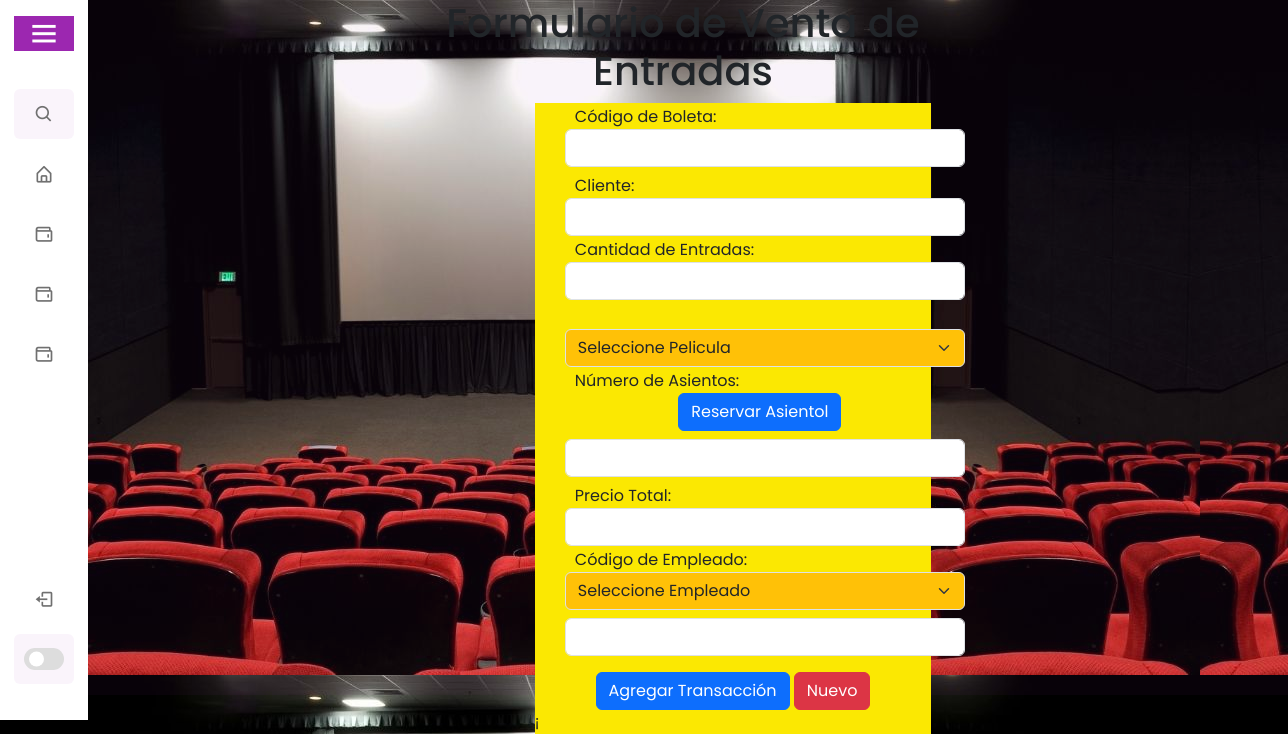
Repository: JersonRLP/ProyectoWebJSP
Page: http://localhost/CineHome/FrmRegistrarBoleta.jsp
The author's editor kept a copy of each file at every save. The page is drawn from the files as they stood at one save, then again after the next save.
The browser window is 1280 px wide. The page is 1288 px wide, so the pictures cover 1288 px, including what lies to the right of the window. The pictures show the whole page.
The page is served by Tomcat 9. Other server files are loaded and not shown. The template is opened directly, without the code that normally fills it, so the values that code supplies are empty.

Above is the page before, as saved 2024-10-31 16:25:37.

### CineHome/WebContent/FrmRegistrarBoleta.jsp
<%@ include file="MenuPrincipal.jsp" %>
<%@ page language="java" contentType="text/html; charset=UTF-8"
    pageEncoding="UTF-8"%>
<%@taglib uri="http://java.sun.com/jsp/jstl/core"  prefix="c"%>
<!DOCTYPE html PUBLIC "-//W3C//DTD HTML 4.01 Transitional//EN" "http://www.w3.org/TR/html4/loose.dtd">
<html>
<head>
<meta http-equiv="Content-Type" content="text/html; charset=UTF-8">
<title>Insert title here</title>
<!-- para bootstrap 5 -->
	<link href="https://cdn.jsdelivr.net/npm/bootstrap@5.3.2/dist/css/bootstrap.min.css" rel="stylesheet">
    <script src="https://cdn.jsdelivr.net/npm/bootstrap@5.3.2/dist/js/bootstrap.bundle.min.js"></script>
    <script src="https://cdn.jsdelivr.net/npm/@popperjs/core@2.11.8/dist/umd/popper.min.js"></script>
    <script src="https://cdn.jsdelivr.net/npm/bootstrap@5.3.2/dist/js/bootstrap.min.js"></script>

    <script src="https://code.jquery.com/jquery-3.7.1.min.js"></script>
<style>
form {
  background-color: #FBE802;
}
body {
  background-color: #F3F3F1;
}
label {
margin-left: 40px;
width:200px;
margin-top :2px;
}

</style>


</head>

<body >
<section class="home" id="content">
  <div class="container" style ="width:43%; ">
    <h1 class="text-center mt-4">Formulario de Venta de Entradas</h1>
    <form action="ControladorBoleta" method="post" style="margin-left:100px;">
      <div class="row">
        <div class="form-group col-md-6" >
         <label for="codboleta">Código de Boleta:</label>
			<input type="text" class="form-control" id="codboleta" name="codboleta" value="${nuevoCodigoBoleta}" readonly required style="width:400px; margin-left:30px;">

        </div>

        <div class="form-group col-md-6">
          <label for="cliente">Cliente:</label>
          <input type="text" class="form-control" id="cliente" name="cliente" required	style="width:400px; margin-left:30px;">
        </div>
      </div>

      <div class="row">
        <div class="form-group col-md-6">
          <label for="cantentra">Cantidad de Entradas:</label>
          <input type="number" class="form-control" id="cantentra" name="cantentra" readonly required style="width:400px; margin-left:30px;">
        </div>

        <div class="form-group col-md-6 mt-4">

          <select name="idpelicula" class="form-select bg-warning" style="width:400px; margin-left:30px;">
			<option value="zz">Seleccione Pelicula</option>
			<c:forEach var="peli" items="${ListadoPeliculas}">
			<option value='<c:out value="${peli.idpelicula}"></c:out>'>
			<c:out value="${peli.nompelicula}"></c:out></option>
			</c:forEach>

			</select>
			<input type="hidden" name="nombrePelicula" value="">

        </div>
      </div>

      <div class="row">
        <div class="form-group col-md-6">
          <label for="nroasientos">Número de Asientos:</label>
          <div class="text-center" style="width: 450px;"><button type="button" class="btn btn-primary btnModal mb-2"   >Reservar Asientol</button></div>
          <input type="text" class="form-control" id="nroasientos" name="nroasientos" readonly required style="width:400px; margin-left:30px;">
        </div>

        <div class="form-group col-md-6">
          <label for="preciotot">Precio Total:</label>
          <input type="number" class="form-control" id="preciotot" name="preciotot" required style="width:400px; margin-left:30px;">
        </div>
      </div>

      <div class="form-group col-md-6">
        <label for="codigoemp">Código de Empleado:</label>

         <select name="codigoemp" class="form-select bg-warning" id="codigoemp" required style="width:400px; margin-left:30px;">
			<option value="zz">Seleccione Empleado</option>
			<c:forEach var="emp" items="${ListadoEmpleados}">
			<option value='<c:out value="${emp.codigoemp}"></c:out>'>
			<c:out value="${emp.nomemp}"></c:out></option>
			</c:forEach>

			</select>
      </div>
      <div class= "mt-2" style="width :200px;">
      <input type="text" class="form-control" name ="idemp" readonly style="width:400px; margin-left:30px;">
      </div>
	<div class="text-center	">

      <button type="submit" class="btn btn-primary mt-3">Agregar Transacción</button>
      <a href="ControladorPelicula?action=ListadoPelicula" class="btn btn-danger mt-3">Nuevo</a>


    </div>

<div class="modal fade" id="eliminarModal" tabindex="-1" aria-labelledby="eliminarModalLabel" aria-hidden="true">
    <div class="modal-dialog modal-lg">
        <div class="modal-content custom-modal" >
            <div class="modal-header" >
                <link rel="stylesheet" href="Estilos/cine.css">
                <script src="js/cine.js"></script>
                <button type="button" class="btn-close" data-bs-dismiss="modal" aria-label="Close"></button>
            </div>
            <div class="cinema-container" id="cinema-container" >
                <!-- Filas y asientos se generarán dinámicamente aquí -->
            </div>

            <div id="selected-seat-info" class="custom-seat-info"></div>

            <div>
                <button id="reserve-button" onclick="showReservedSeats()" class="custom-reserve-button">Mostrar Asientos Reservados</button>
            </div>
        </div>
    </div>
</div>
<style>
.custom-modal {
    background-image: url('imagenes/fondocine.jpg');
    display: flex;
    align-items: center;
    justify-content: center;
    flex-direction: column;
    height: 100vh;
}

.custom-seat-info {
    margin-top: 20px;
    color: white;
}

.custom-reserve-button {
    margin-top: 20px;
    padding: 10px;
    font-size: 16px;
    cursor: pointer;
}
.seat {
    width: 40px; /* Ajusta el ancho según sea necesario */
    height: 40px; /* Ajusta la altura según sea necesario */
    background-color: #bdc3c7;
    cursor: pointer;
    border-radius: 5px;
    margin: 5px; /* Agregamos un pequeño margen entre los asientos para mejorar la apariencia */
    display: flex;
    align-items: center;
    justify-content: center;
    font-size: 12px; /* Ajusta el tamaño de la letra según sea necesario */
    font-weight: bold;
    transition: background-color 0.3s ease;
}

.row {
    display: flex;
    gap: 5px; /* Reducimos el espacio entre los asientos para mejorar la apariencia */
}

</style>


    <script>
		$(document).ready(function(){
			$('.btnModal').on('click',function(){
				$('#eliminarModal').modal('show');

				//console.log(data);

			})
		});




	</script>


¡
<script>
  function ObtenerCodigoSelect() {
    var select = document.getElementsByName("codigoemp")[0];
    var hiddenInput = document.getElementsByName("idemp")[0];

    var selectedOption = select.options[select.selectedIndex];
    if (selectedOption.value !== "zz") {
      hiddenInput.value = selectedOption.value; // Cambiado a selectedOption.value
    } else {
      hiddenInput.value = "";
    }
  }

  // Asociar el evento "change" del select con la función de actualización
  document.getElementsByName("codigoemp")[0].addEventListener("change", ObtenerCodigoSelect);
</script>



    <script>

function actualizarNombrePelicula() {
  var select = document.getElementsByName("idpelicula")[0];
  var hiddenInput = document.getElementsByName("nombrePelicula")[0];

  var selectedOption = select.options[select.selectedIndex];
  if (selectedOption.value !== "zz") {
    hiddenInput.value = selectedOption.innerText;
  } else {
    hiddenInput.value = "";
  }
}

// Asociar el evento "change" del select con la función de actualización
document.getElementsByName("idpelicula")[0].addEventListener("change", actualizarNombrePelicula);
</script>

    </form>
  </div>
  </section>
</body>
</html>

### CineHome/WebContent/MenuPrincipal.jsp
<%@ page language="java" contentType="text/html; charset=UTF-8"
    pageEncoding="UTF-8"%>
<!DOCTYPE html>
<html>
<head>
<meta http-equiv="Content-Type" content="text/html; charset=ISO-8859-1">
<title>Cine Home</title>

<link rel="stylesheet" href="Estilos/EstilosMenu.css">
<link href='https://unpkg.com/boxicons@2.1.4/css/boxicons.min.css' rel='stylesheet'>

</head>

<body>

<nav class="sidebar close">

<header>

<div class="text logo">

<span class="name">MENU</span>


</div>
<i class="bx bx-menu toggle"></i>


</header>


<div class="menu-bar">

<div class="menu">

	<li class="search-box">
	<i class="bx bx-search icon"></i>
	<input type="text" placeholder="Buscar...">

	</li>

	<ul class="menu-links">
		<li class="nav">
		<a href="ControladorPelicula?action=ListadoPelicula">
			<i class="bx bx-home-alt icon"></i>
			<span class="text nav-text">Venta de Entrada</span>
		</a>
		</li>
		<li >
		<a href="ControladorPelicula?action=Listar" class="nav">
			<i class="bx bx-wallet icon"></i>
			<span class="text nav-text">Peliculas</span>
		</a>
		</li>
		<li>
		<a href="ControladorDetalleBoleta?accion=Listado">
			<i class="bx bx-wallet icon"></i>
			<span class="text nav-text">Reportes</span>
		</a>
		</li>
		<li class="nav">

		<a href="#" id="mantenimiento-link" onclick="toggleSubMenu()">
			<i class="bx bx-wallet icon"></i>
			<span class="text nav-text">Mantenimiento</span>
			<i class='bx bx-chevron-down arrow'></i>
		</a>


		<ul class="sub-menu" id="sub-menu">
		<li class="nav"><a href="ControladorEmpleado?accion=NuevoEmp" class="menu-link">
			<span class="text nav-text">Empleados</span>
		</a>
		</li>
		<li class="nav"><a href="ControladorUsuario?accion=Listado" class="menu-link">
		<span class="text nav-text">Login</span>
		</a>
		</li>
		<li class="nav"><a href="FrmRegistrarPelicula.jsp"  class="menu-link">
		<span class="text nav-text">Peliculas</span>
		</a>
		</li>
		</ul >

		</li>
	</ul>

</div>

<div class="botton-content">
<li class="">
<a href="#">
	<i class="bx bx-log-out icon"></i>
	<span class="text nav-text">Salir</span>
</a>
</li>

<li class="mode">
	<div class="sun-moon">
	<i class="bx bx-moon icon"></i>
	<i class="bx bx-sun icon"></i>
	</div>
	<span class="mode-text text">Modo Oscuro</span>
	<div class="toggle-switch">
	<span class="switch"></span>
	</div>
</li>

</div>


</div>



</nav>

<script src="js/codigo.js"></script>


</body>

</html>

### CineHome/WebContent/Estilos/EstilosMenu.css
@import url('https://fonts.googleapis.com/css2?family=Poppins:wght@300;400;500;600;700&display=swap');
*{
	margin:0;
	padding:0;
	box-sizing: border-box;

	font-family: 'Poppins', sans-serif;

}

:root{
	--body-color:#9B27B00D;
	--sidebar-color:#FFFFFF;
	--primary-color:#9C27B0;
	--primary-color-light:#9B27B00D;
	--toggle-color:#DDDDDD;
	--text-color:#707070;

	--tran-03:all 0.2s ease;
	--tran-04:all 0.3s ease;
	--tran-05:all 0.4s ease;
}

body{
	min-height:100vh;
	background-color:var(--body-color);
	transition:var(--tran-05);

}

::selection{
	background-color:var(--primary-color);
	color: #FFFFFF;
}
body.dark{
	--body-color:#18191A;
	--sidebar-color:#242526;
	--primary-color-light:#3A3B3C;
	--toggle-color:#FFFFFF;
	--text-color:#CCCCCC;

}

.sidebar {
	position: fixed;
	top:0;
	left:0;
	height:100%;
	width: 250px;
	padding: 10px 14px;
	background:var(--sidebar-color);
	transition:var(--tran-05);
	z-index:100;
}

.sidebar.close{
	width:88px;
}

.sidebar li{
	height:50px;
	list-style: none;
	display: flex;
	align-items:center;
	margin-top:10px;

}


.sidebar header .image,
.sidebar .icon{
	min-width:60px;
	border-radius:6px;

}

.sidebar .icon{
	min-width:60px;
	border-radius:6px;
	height:100%;
	display:flex;
	align-items:center;
	justify-content:center;
	font-size:20px;
}

.sidebar .text,
.sidebar .icon {
	color: var(--text-color);
	transition:var(--tran-03);
}

.sidebar .text{
	font-size:17px;
	font-weight: 500;
	white-space:nowrap;
	opacity: 1;

}

.sidebar.close .text{
	opacity:0;
}

.sidebar header{
	position: relative;
}

.sidebar header .logo{
	display:flex;
	flex-direction:column;


}
.name{
	margin-top: 2px;
	font-size: 18px;
	font-weight:600;

}
.sidebar header .image {
	display:flex;
	align-items:center;
	justify-content: center;
}
.sidebar header .image img{
	width:40px;
	border-radius:6px;
}

.sidebar header .toggle{
	position : absolute;
	top: 20%;
	right: 0px;
	height: 35px;
	width :35px;
	background-color: var(--primary-color);
	color : var(--sidebar-color);
	display:flex;
	align-items:center;
	justify-content:center;
	font-size:35px;
	cursor:pointer;
	transition: var(--tran-05);

}

body.dark .sidebar header .toggle{
	color: var(--text-color);

}

.sidebar.close .toggle{
	width:100%;
	top:20%;

}

.sidebar .menu{
	margin-top:40px;
}

.sidebar li.search-box{
	border-radius:6px;
	background-color:var(--primary-color-light);
	cursor:pointer;
	transition:var(--tran-05);
}

sidebar li.search-box input{
	height:100%;
	width:100%;
	outline:none;
	border:none;
	background-color:var(--primary-color-light);
	color:var(--text-color);
	border-radius:6px;
	font-size:17px;
	font-weight:500;
	transition:var(--tran-05);
}

.sidebar li a{
	list-style:none;
	height:100%;
	background-color:transparent;
	display:flex;
	align-items: center;
	height:100%;
	width: 100%;
	border-radius:6px;
	text-decoration:none;
	transition:  var(--tran-03);
}

.sidebar li a:hover{
	background-color:var(--primary-color);
}

.sidebar li a:hover .icon,
.sidebar li a:hover .text{
	color: var(--sidebar-color);
}

body.dark .sidebar li a:hover .icon,
body.dark .sidebar li a:hover .text{
	color: var(--text-color);
}


.sidebar .menu-bar{
	height:calc(100% - 55px);
	display:flex;
	flex-direction: column;
	justify-content:space-between;
	overflow-y:scroll;

}

.menu-bar::-webkit-scrollbar{
	display:none;
}

.sidebar .menu-bar .mode{
	border-radius:6px;
	background-color:var(--primary-color-light);
	position:relative;
	transition:var(--tran-05);

}

.menu-bar .mode .sun-moon{
	height:50px;
	width:60px;

}


.mode .sun-moon i {
	position:absolite;
}
.mode .sun-moon i.sun{
	opacity:0;

}

body.dark .mode .sun-moon i.sun{
	opacity:1;
}

body.dark .mode .sun-moon i.moon{
	opacity:0;
}

.menu-bar .botton-content .toggle-switch{
	position:absolute;
	right:0;
	height: 100%;
	min-width:60px;
	display:flex;
	align-items:center;
	justify-content:center;
	border-radius:6px;
	cursor:pointer;
}

.toggle-switch .switch{
	position: relative;
	height:22px;
	width:40px;
	border-radius:25px;
	background-color:var(--toggle-color);
	transition:var(--tran-05);

}

.switch::before{
	content:'';
	position:absolute;
	height:15px;
	width:15px;
	border-radius: 50%;
	top:50%;
	left:5px;
	transform: translateY(-50%);
	background-color:var(--sidebar-color);
	transition:var(--tran-04);
}

body.dark .switch::before{
	left:20px;

}

.home{
	position: absolute;
	margin-bottom: 50px;
	left: 250px;
	height: 100vh;
	width: calc(100% - 250px);
	background-color: var(--body-color);
	transition:var(--tran-05);
}
.home .text{
	font-size: 30px;
	font-weight:500;
	color:var(--text-color);
	padding:12px 60px;
}

.sidebar.close ~.home{
	left:78px;
	height: 100vh;
	width: calc(100% - 70px);
}

body.dark .home .text{
	color:var(--text-color);
}




.menu-links {
  list-style: none;
  padding: 0;
  margin: 0;
}

.nav {
  position: relative;
}

.sub-menu {
  display: none;
  list-style: none;
  padding: 0;
  margin: 0;
  position: absolute;
  top: 100%;
  left: 0;
  padding: 10px;
  border-radius: 4px;
  box-shadow: 0 2px 5px rgba(0, 0, 0, 0.2);
  z-index: 1;
  opacity: 0;
  transition: opacity 0.3s ease, height 0.3s ease; /* Agregado */
  height: 0; /* Agregado */
  overflow: hidden; /* Agregado */
}

.sub-menu.show {
  display: block;
  opacity: 1;
  height: auto;


}

.sub-menu.show li{

	height:auto;
	width:200px;
	line-height: 40px;

}



.sub-menu li {
  position: relative;
  list-style: none;
  transition: all 0.4s ease;


}

.sub-menu a {
  display: block;
  padding: 5px 10px;
  text-decoration: none;

}

.nav:hover .sub-menu {
  display: block;
}

### CineHome/WebContent/js/codigo.js

const body = document.querySelector('body'),
	  sidebar = body.querySelector('nav'),
	  toggle= body.querySelector(".toggle"),
	  searchBtn = body.querySelector(".search-box"),
	  modeSwitch = body.querySelector(".toggle-switch"),
	  modeText = body.querySelector(".mode-text");

// para listar el sub-menu
const mantenimientoLink = document.getElementById('mantenimiento-link');
const subMenu = document.querySelector('.sub-menu');




function toggleSubMenu() {
	  var subMenu = document.getElementById("sub-menu");
	  subMenu.classList.toggle("show");
	}




toggle.addEventListener("click",() =>{
	sidebar.classList.toggle("close");
});


searchBtn.addEventListener("click", () => {
	sidebar.classList.remove("close");
});

modeSwitch.addEventListener("click", () => {
	body.classList.toggle("dark");
	if(body.classList.contains("dark")){
		modeText.innerText = "Light mode"
	}else{
		modeText.innerText="Dark mode"
	}
});

### CineHome/WebContent/Estilos/cine.css
   body {
            font-family: Arial, sans-serif;
             background-image: url('imagenes/fondocine.jpg');
            margin: 0;
            padding: 20px;
            display: flex;
            align-items: center;
            justify-content: center;
            flex-direction: column;
            height: 100vh;
        }

        .cinema-container {
            display: flex;
            flex-direction: column;
            gap: 20px;
            max-width: 600px;
        }

        .row {
            display: flex;
            gap: 10px;
        }

        .seat {
            width: 40px;
            height: 40px;
            background-color: #bdc3c7;
            cursor: pointer;
            border-radius: 5px;
            display: flex;
            align-items: center;
            justify-content: center;
            font-size: 14px;
            font-weight: bold;
            transition: background-color 0.3s ease;
        }

        .seat.selected {
            background-color: #3498db;
        }

        #selected-seat-info {
            margin-top: 20px;
        }

        #reserve-button {
            margin-top: 20px;
            padding: 10px;
            font-size: 16px;
            cursor: pointer;
        }

### CineHome/WebContent/js/cine.js
// Función para crear un asiento
function createSeat(row, seatNumber) {
    const seat = document.createElement("div");
    seat.classList.add("seat");
    seat.dataset.row = row;
    seat.dataset.seatNumber = seatNumber;

    const seatLetter = String.fromCharCode(65 + row); // Convertir el número de fila a letra (A, B, C, ...)
    seat.textContent = `${seatLetter}${seatNumber}`; // Sin espacio entre la letra y el número

    seat.addEventListener("click", () => toggleSeat(seat));

    return seat;
}

// Función para inicializar el cine
function initializeCinema() {
    const rows = 6; // Número de filas
    const seatsPerRow = 10; // Número de asientos por fila

    const cinemaContainer = document.getElementById("cinema-container");

    for (let i = 0; i < rows; i++) {
        const rowContainer = document.createElement("div");
        rowContainer.classList.add("row");

        for (let j = 1; j <= seatsPerRow; j++) {
            const seat = createSeat(i, j);
            rowContainer.appendChild(seat);
        }

        cinemaContainer.appendChild(rowContainer);
    }
}

const selectedSeats = [];

//Función para alternar el estado del asiento (seleccionado o no)
function toggleSeat(seat) {
 seat.classList.toggle("selected");

 const selectedSeatInfo = document.getElementById("selected-seat-info");
 const row = seat.dataset.row;
 const seatNumber = seat.dataset.seatNumber;
 const seatInfo = `${String.fromCharCode(65 + parseInt(row))} - ${seatNumber}`;

 if (seat.classList.contains("selected")) {
     selectedSeats.push(seatInfo);
 } else {
     const index = selectedSeats.indexOf(seatInfo);
     if (index !== -1) {
         selectedSeats.splice(index, 1);
     }
 }

 // Asignar el texto, cambiar el color y agregar un borde
 selectedSeatInfo.textContent = `Has seleccionado ${selectedSeats.length} asientos:\n${selectedSeats.join(", ")}`;
 selectedSeatInfo.style.color = "white";
 selectedSeatInfo.style.border = "2px solid red";  // Puedes ajustar el ancho y el color del borde según tus preferencias

 // Actualizar el valor del input cantentra con la cantidad de asientos seleccionados
 updateCantentraInput(selectedSeats.length);
}

//Función para mostrar los asientos reservados
function showReservedSeats() {
 const reservedSeats = selectedSeats.join(", ");
 document.getElementById("nroasientos").value = reservedSeats;
 alert(`Has seleccionado ${selectedSeats.length} asientos:\n${reservedSeats}`);
}

//Función para actualizar el valor del input cantentra
function updateCantentraInput(selectedSeatsCount) {
 document.getElementById("cantentra").value = selectedSeatsCount;
}

//Inicializar el cine cuando la página se carga
document.addEventListener("DOMContentLoaded", initializeCinema);

### CineHome/WebContent/Estilos/registrarboleta.css
form {
  background-color: #FBE802;
}
body {
  background-color: #F3F3F1;
}
label {
margin-left: 40px;
width:200px;
margin-top :2px;
}

After the next save:
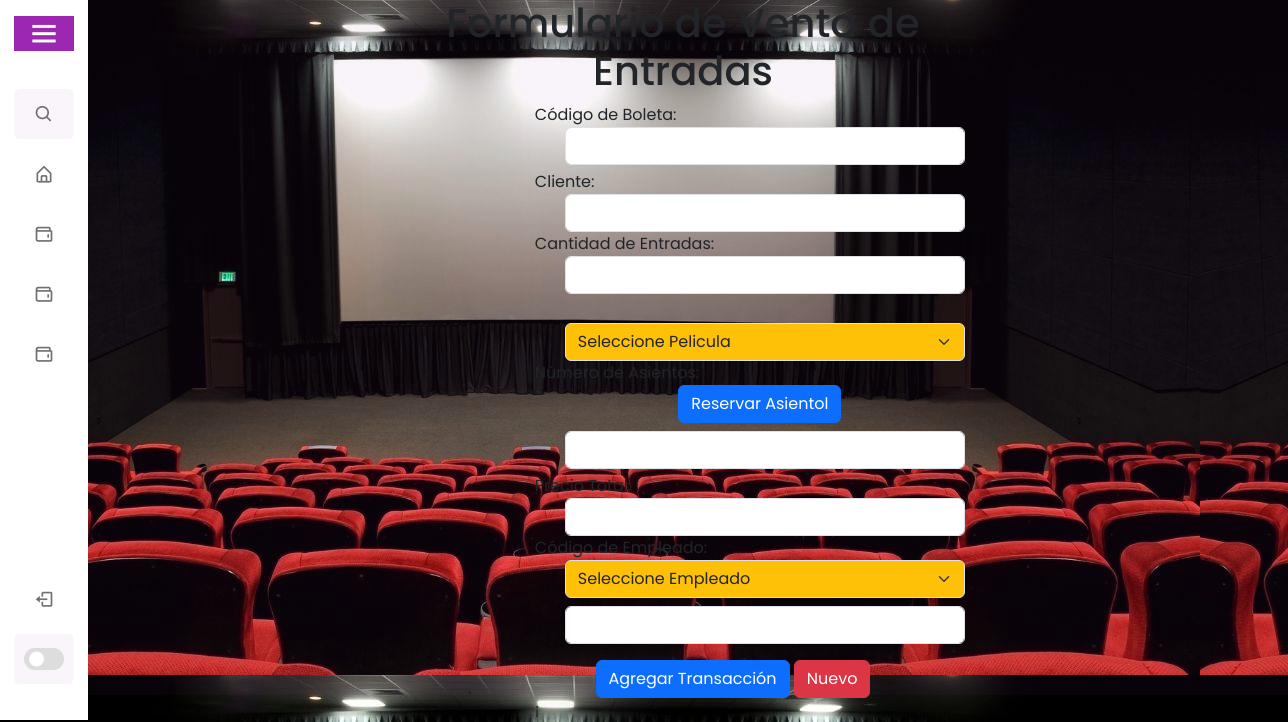
Saved 5 s later.
--- a/CineHome/WebContent/FrmRegistrarBoleta.jsp
+++ b/CineHome/WebContent/FrmRegistrarBoleta.jsp
@@ -14,20 +14,7 @@
     <script src="https://cdn.jsdelivr.net/npm/bootstrap@5.3.2/dist/js/bootstrap.min.js"></script>
 
     <script src="https://code.jquery.com/jquery-3.7.1.min.js"></script>
-<style>
-form {
-  background-color: #FBE802;
-}
-body {
-  background-color: #F3F3F1;
-}
-label {
-margin-left: 40px;
-width:200px;
-margin-top :2px;
-}
-
-</style>
+
 
 
 </head>

After the save that followed:
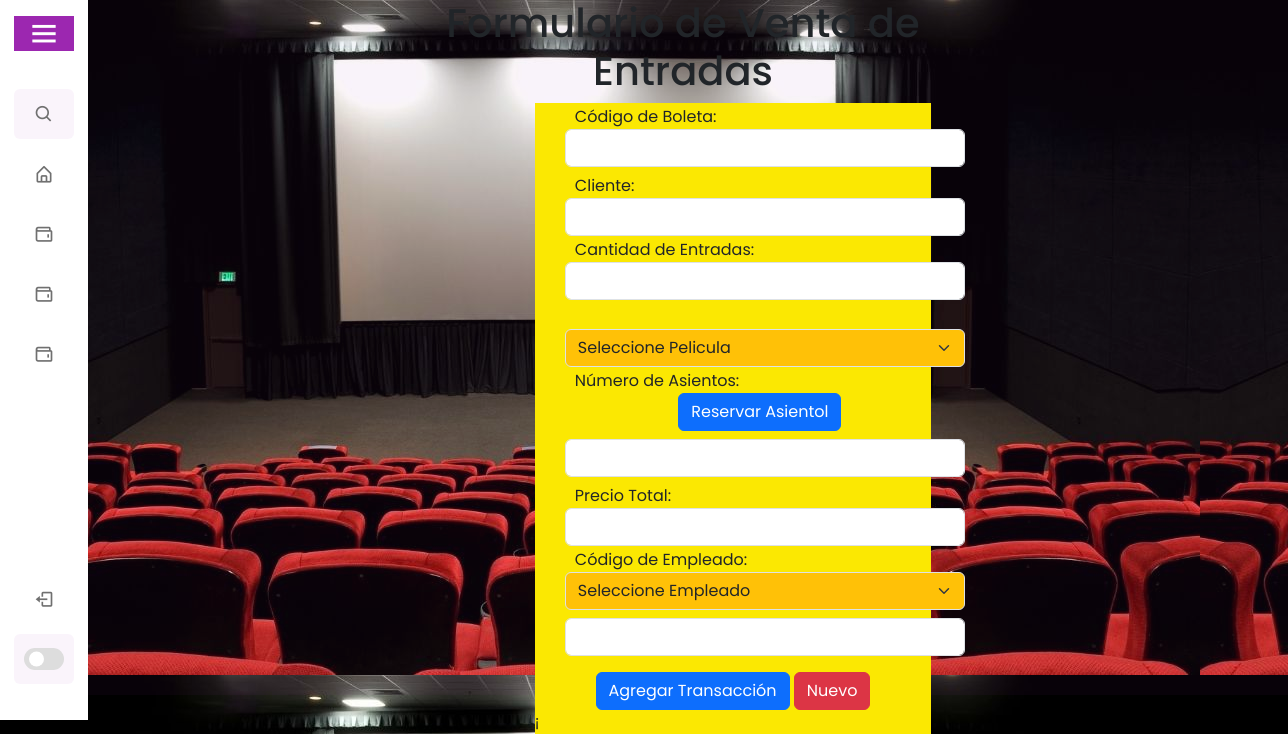
Saved 42 s later.
--- a/CineHome/WebContent/FrmRegistrarBoleta.jsp
+++ b/CineHome/WebContent/FrmRegistrarBoleta.jsp
@@ -14,7 +14,7 @@
     <script src="https://cdn.jsdelivr.net/npm/bootstrap@5.3.2/dist/js/bootstrap.min.js"></script>
 
     <script src="https://code.jquery.com/jquery-3.7.1.min.js"></script>
-
+	<link rel="stylesheet" href="Estilos/registrarboleta.css">
 
 
 </head>
